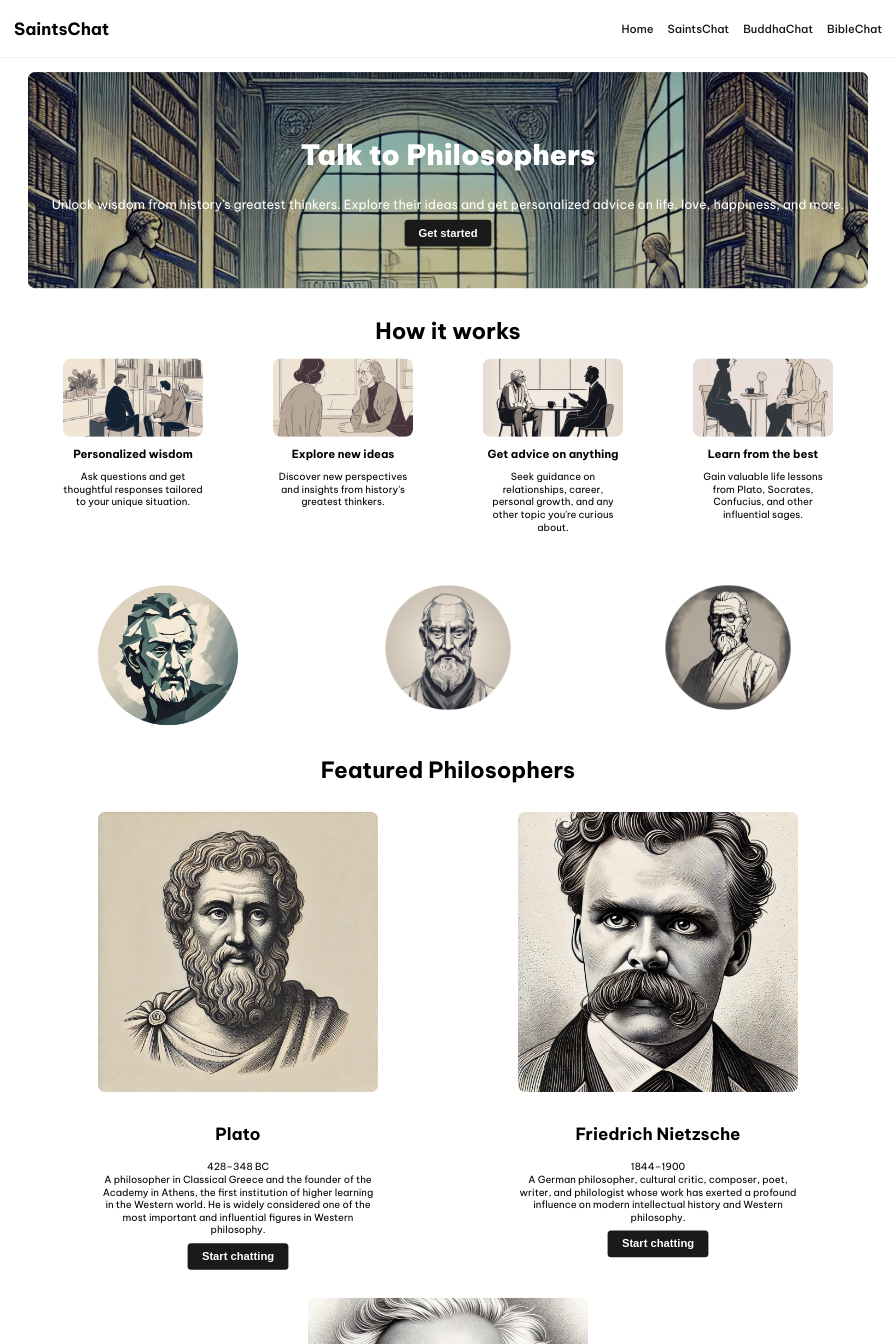
Repository: HSfac/EthosMindWeb
Page: /saintschat
These files come from the project's save history. The page is drawn as it stood at one moment and after the next save; the edit follows.
The browser window is 1280 px wide. The pictures show the part of the page from y = 0 to 1920 px (the page is 2570 px tall), at 70% of full size.
The project was rebuilt for these pictures with package versions that can differ from the ones it lists, and the page was loaded fresh each time. Also part of the build but not shown: src/pages/Home.jsx.

Above is the page before, as saved 2024-07-18 16:47:53.

After the next save:
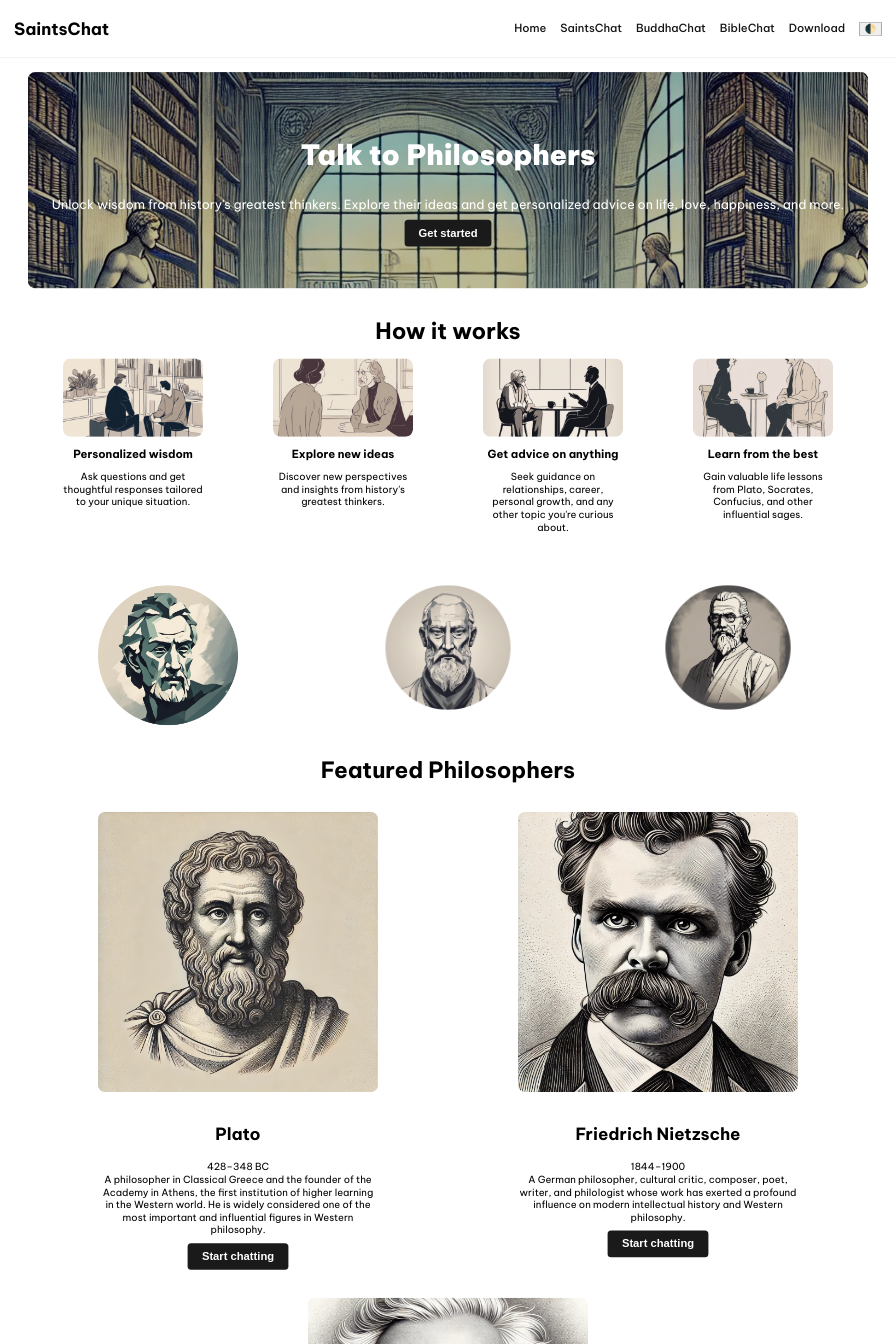
Saved 9 min 25 s later.
--- a/src/components/Header.jsx
+++ b/src/components/Header.jsx
@@ -12,6 +12,8 @@ function Header() {
           <li className="nav-item"><Link to="/saintschat">SaintsChat</Link></li>
           <li className="nav-item"><Link to="/buddhachats">BuddhaChat</Link></li>
           <li className="nav-item"><Link to="/biblechats">BibleChat</Link></li>
+          <li className="nav-item download-button"><Link to="/download">Download</Link></li>
+          <li className="nav-item"><button className="toggle-button" onClick={() => document.body.classList.toggle('dark-mode')}>🌓</button></li>
         </ul>
       </nav>
     </header>
